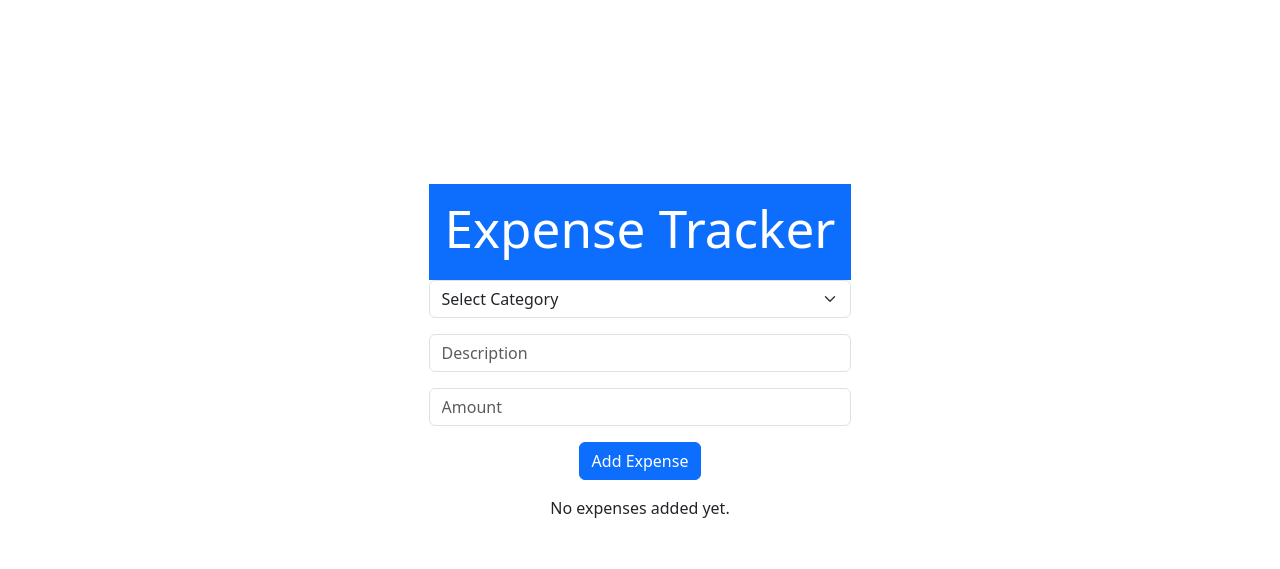
Repository: JuniorDevChris/ExpenseTracker
Page: / (app in frontend/)
An editor plug-in stored every save of this project. The page is shown before and after the next save, followed by the edit.
The browser window is 1280 px wide. The pictures show the whole page.
The project was rebuilt for these pictures with package versions that can differ from the ones it lists, and the page was loaded fresh each time. Also part of the build but not shown: frontend/vite.config.js.

Above is the page before, as saved 2024-07-07 17:24:21.

### frontend/src/main.jsx
import 'bootstrap/dist/css/bootstrap.min.css';
import React from 'react';
import ReactDOM from 'react-dom/client';
import App from './App';
import './index.css';

ReactDOM.createRoot(document.getElementById('root')).render(
  <React.StrictMode>
    <App />
  </React.StrictMode>
);

### frontend/src/App.jsx
import React, { useState } from 'react';
import Header from './components/Header';
import ExpenseForm from './components/ExpenseForm';
import ExpenseList from './components/ExpenseList';
import './App.css';

function App() {
  const [expenses, setExpenses] = useState([]);

  const addExpense = (expense) => {
    setExpenses([...expenses, { ...expense, id: Date.now() }]);
  };

  const deleteExpense = (id) => {
    setExpenses(expenses.filter((expense) => expense.id !== id));
  };

  return (
    <div className="App container">
      <Header />
      <ExpenseForm addExpense={addExpense} />
      <ExpenseList expenses={expenses} deleteExpense={deleteExpense} />
    </div>
  );
}

export default App;

### frontend/src/components/Header.jsx
import React from 'react';

const Header = () => {
  return (
    <header className="bg-primary text-white p-3">
      <h1>Expense Tracker</h1>
    </header>
  );
};

export default Header;

### frontend/src/components/ExpenseForm.jsx
import React, { useState } from 'react';

const ExpenseForm = ({ addExpense }) => {
  const [description, setDescription] = useState('');
  const [amount, setAmount] = useState('');
  const [category, setCategory] = useState('');

  const handleSubmit = (e) => {
    e.preventDefault();
    addExpense({ description, amount: parseFloat(amount), category });
    setDescription('');
    setAmount('');
    setCategory('');
  };

  return (
    <form onSubmit={handleSubmit} className="mb-3">
        <div className="mb-3">
        <select
          className="form-select"
          value={category}
          onChange={(e) => setCategory(e.target.value)}
          required
        >
          <option value="" disabled>Select Category</option>
          <option value="Groceries">Groceries</option>
          <option value="Utilities">Utilities</option>
          <option value="Entertainment">Entertainment</option>
        </select>
      </div>
      <div className="mb-3">
        <input
          type="text"
          className="form-control"
          placeholder="Description"
          value={description}
          onChange={(e) => setDescription(e.target.value)}
          required
        />
      </div>
      <div className="mb-3">
        <input
          type="number"
          className="form-control"
          placeholder="Amount"
          value={amount}
          onChange={(e) => setAmount(e.target.value)}
          required
        />
      </div>
      <button type="submit" className="btn btn-primary">Add Expense</button>
    </form>
  );
};

export default ExpenseForm;

### frontend/src/components/ExpenseList.jsx
import React from 'react';

const ExpenseList = ({ expenses, deleteExpense }) => {
  if (expenses.length === 0) {
    return <p className="text-center">No expenses added yet.</p>;
  }

  return (
    <table className="table table-bordered">
      <thead>
        <tr>
          <th>Category</th>
          <th>Description</th>
          <th>Amount</th>
          <th></th>
        </tr>
      </thead>
      <tbody>
        {expenses.map((expense) => (
          <tr key={expense.id}>
            <td>{expense.category}</td>
            <td>{expense.description}</td>
            <td>${expense.amount.toFixed(2)}</td>
            <td>
              <button
                className="btn btn-outline-danger"
                onClick={() => deleteExpense(expense.id)}
              >
                Delete
              </button>
            </td>
          </tr>
        ))}
      </tbody>
      <tfoot>
        <tr>
          <td>Total</td>
          <td></td>
          <td>
            $
            {expenses
              .reduce((acc, expense) => acc + parseFloat(expense.amount), 0)
              .toFixed(2)}
          </td>
          <td></td>
        </tr>
      </tfoot>
    </table>
  );
};

export default ExpenseList;

Loaded but not shown: frontend/index.html (common file); frontend/src/index.css (common file); frontend/src/App.css (common file)

After the next save:
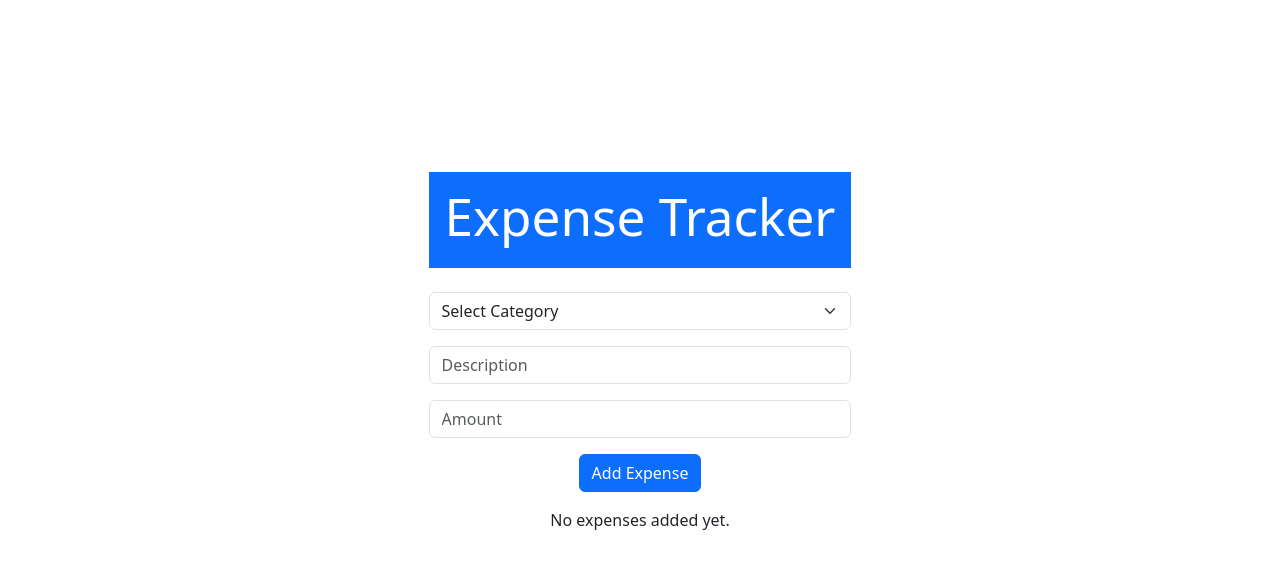
Saved 73 s later.
--- a/frontend/src/components/Header.jsx
+++ b/frontend/src/components/Header.jsx
@@ -2,7 +2,7 @@ import React from 'react';
 
 const Header = () => {
   return (
-    <header className="bg-primary text-white p-3">
+    <header className="bg-primary text-white p-3 mb-4">
       <h1>Expense Tracker</h1>
     </header>
   );
